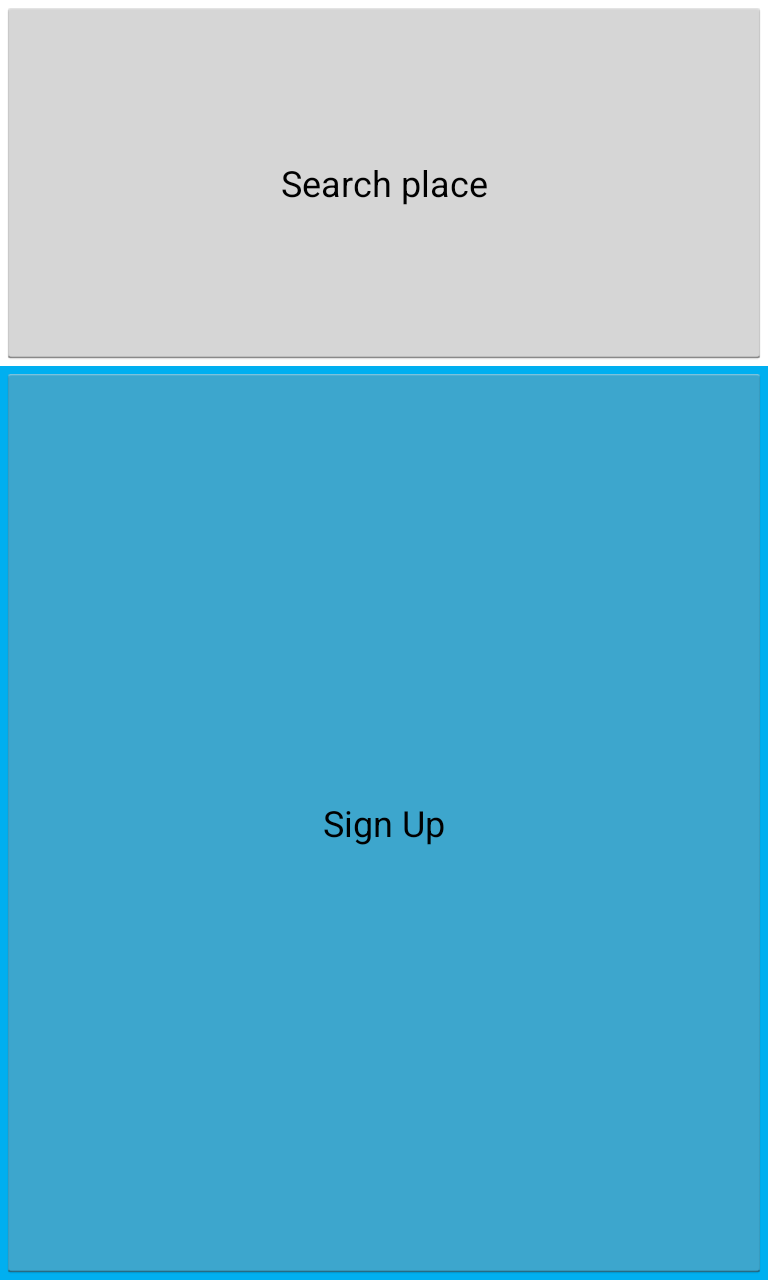
Repository: Rownak/TouristFriend
Layout: android/MainProjectTherapTest/res/layout/front_page_layout.xml
These files come from the project's save history. The layout is drawn as it stood at one moment and after the next save; the edit follows.
It is drawn on a 768 x 1280 px phone screen (xhdpi) without system bars, with theme AppTheme; the app's code is not run.

Above is the layout before, as saved 2014-12-05 16:08:48.

### android/MainProjectTherapTest/res/layout/front_page_layout.xml
<?xml version="1.0" encoding="utf-8"?>
<LinearLayout xmlns:android="http://schemas.android.com/apk/res/android"
    android:layout_width="match_parent"
    android:layout_height="match_parent"
    android:orientation="vertical"
    android:weightSum="7" >
 <LinearLayout
        android:layout_width="fill_parent"
        android:layout_height="fill_parent"
        android:layout_weight="5"
        android:orientation="horizontal"
        android:weightSum="1" >



        <LinearLayout
            android:layout_width="fill_parent"
            android:layout_height="fill_parent"
            android:layout_weight="1"
            android:orientation="horizontal"
             >

            <Button
            android:layout_width="fill_parent"
            android:layout_height="fill_parent"
            android:text="Search place" />
        </LinearLayout>
    </LinearLayout>

    <LinearLayout
        android:layout_width="fill_parent"
        android:layout_height="fill_parent"
        android:layout_weight="2"
        android:orientation="horizontal"
        android:weightSum="1"
        android:background="@color/skype_blue">

        <LinearLayout
            android:layout_width="fill_parent"
            android:layout_height="fill_parent"
            android:layout_weight="1"
            android:orientation="horizontal"



            >

            <Button
                android:id="@+id/signInButtonFront"
                android:layout_width="fill_parent"
                android:layout_height="fill_parent"
                android:text="Sign in" />

        </LinearLayout>

        <LinearLayout
            android:layout_width="fill_parent"
            android:layout_height="fill_parent"
            android:layout_weight=".5"
            android:weightSum=".5"
            android:orientation="horizontal"
             >

            <Button
            android:id="@+id/signUpButtonFront"
            android:layout_width="fill_parent"
            android:layout_height="fill_parent"
            android:text="Sign Up" />
        </LinearLayout>


    </LinearLayout>


</LinearLayout>

### android/MainProjectTherapTest/res/values/color2.xml
<?xml version="1.0" encoding="utf-8"?>
<resources>
    <color name ="skype_blue">#00AFF0</color>
    <color name ="skype_text_hint">#00AFC0</color>
    <color name ="skype_button">#0095CC</color>
    <color name ="kmngreen">#5B9C64</color>
    <color name="white">#FFFFFF</color>
    <color name="grey">#7A7A7A</color>
    <color name="background">#0044AA</color>
    <color name="bluelight">#449DEF</color>
    <color name="bluedark">#2F6699</color>
    <color name="greenlight">#70C656</color>
    <color name="greendark">#53933F</color>
    <color name="orangelight">#F3AE1B</color>
    <color name="orangedark">#BB6008</color>
    <color name="black">#000000</color>
    <color name="red">#f00</color>
    <color name="transculent_red">#80ff0000</color>
    <color name="firoja">#63b6ab</color>
    <color name="yellow">#f0ff00</color>
    <color name="merun">#440700</color>
    <color name="violet">#8256a4</color>
    <color name="violetlight">#d6b6e6</color>
    <color name="paste">#1eb486</color>
    <color name="purple">#bc1dd8</color>
    <color name="pastelmagenta">#F49AC2</color>
    <color name="pink">#ff007f</color>
    <color name="flamingopink">#FC8EAC</color>
    <color name="cherryblossompink">#ffb7c6</color>
    <color name="darkpink">#E75480</color>
    <color name = "byzantinepink">#BD33A4</color>
    <color name = "glowypink">#FF66FF</color>
    <color name = "glowypink2">#FF3399</color>
    <color name = "bottlegreen">#324F17</color>

    <color name="list_item_title">#fff</color>
    <color name="list_background">#303030</color>
    <color name="list_background_pressed">#992416</color>
    <color name="list_divider">#272727</color>
    <color name="counter_text_bg">#626262</color>
    <color name="counter_text_color">#c5c4c4</color>
</resources>

Loaded but not shown: android/MainProjectTherapTest/res/values/styles.xml (common file); android/MainProjectTherapTest/res/values-v11/styles.xml (common file); android/MainProjectTherapTest/res/values-v14/styles.xml (common file)

After the next save:
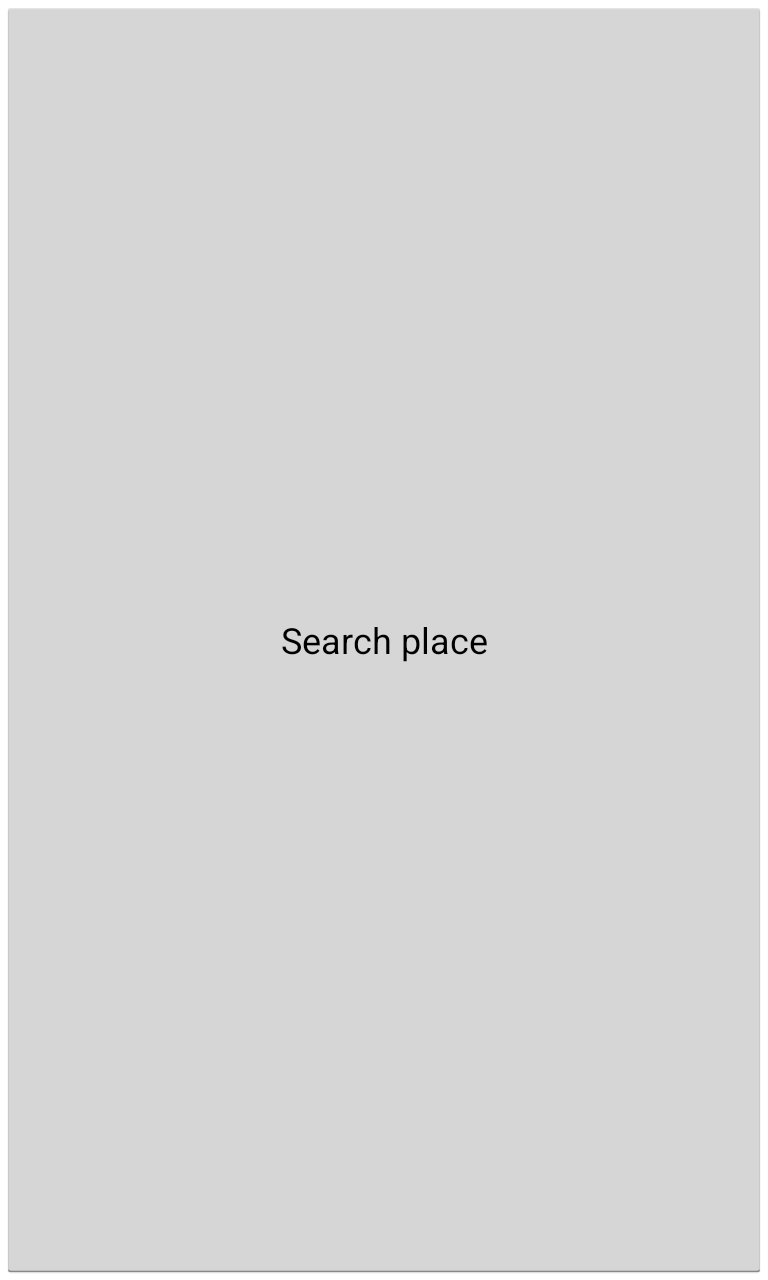
Saved 29 s later.
--- a/android/MainProjectTherapTest/res/layout/front_page_layout.xml
+++ b/android/MainProjectTherapTest/res/layout/front_page_layout.xml
@@ -4,72 +4,55 @@
     android:layout_height="match_parent"
     android:orientation="vertical"
     android:weightSum="7" >
- <LinearLayout
+
+    <LinearLayout
         android:layout_width="fill_parent"
         android:layout_height="fill_parent"
         android:layout_weight="5"
         android:orientation="horizontal"
-        android:weightSum="1" >
+         >
 
-
-
-        <LinearLayout
-            android:layout_width="fill_parent"
-            android:layout_height="fill_parent"
-            android:layout_weight="1"
-            android:orientation="horizontal"
-             >
-
-            <Button
+        <Button
             android:layout_width="fill_parent"
             android:layout_height="fill_parent"
             android:text="Search place" />
-        </LinearLayout>
+    </LinearLayout>
+
+</LinearLayout><LinearLayout
+    android:layout_width="fill_parent"
+    android:layout_height="fill_parent"
+    android:layout_weight="2"
+    android:background="@color/skype_blue"
+    android:orientation="horizontal"
+    android:weightSum="1" >
+
+    <LinearLayout
+        android:layout_width="fill_parent"
+        android:layout_height="fill_parent"
+        android:layout_weight="1"
+        android:orientation="horizontal" >
+
+        <Button
+            android:id="@+id/signInButtonFront"
+            android:layout_width="fill_parent"
+            android:layout_height="fill_parent"
+            android:text="Sign in" />
     </LinearLayout>
 
     <LinearLayout
         android:layout_width="fill_parent"
         android:layout_height="fill_parent"
-        android:layout_weight="2"
+        android:layout_weight=".5"
         android:orientation="horizontal"
-        android:weightSum="1"
-        android:background="@color/skype_blue">
+        android:weightSum=".5" >
 
-        <LinearLayout
-            android:layout_width="fill_parent"
-            android:layout_height="fill_parent"
-            android:layout_weight="1"
-            android:orientation="horizontal"
-
-
-
-            >
-
-            <Button
-                android:id="@+id/signInButtonFront"
-                android:layout_width="fill_parent"
-                android:layout_height="fill_parent"
-                android:text="Sign in" />
-
-        </LinearLayout>
-
-        <LinearLayout
-            android:layout_width="fill_parent"
-            android:layout_height="fill_parent"
-            android:layout_weight=".5"
-            android:weightSum=".5"
-            android:orientation="horizontal"
-             >
-
-            <Button
+        <Button
             android:id="@+id/signUpButtonFront"
             android:layout_width="fill_parent"
             android:layout_height="fill_parent"
             android:text="Sign Up" />
-        </LinearLayout>
-
-
     </LinearLayout>
 
+</LinearLayout><LinearLayout>
 
 </LinearLayout>

After the save that followed:
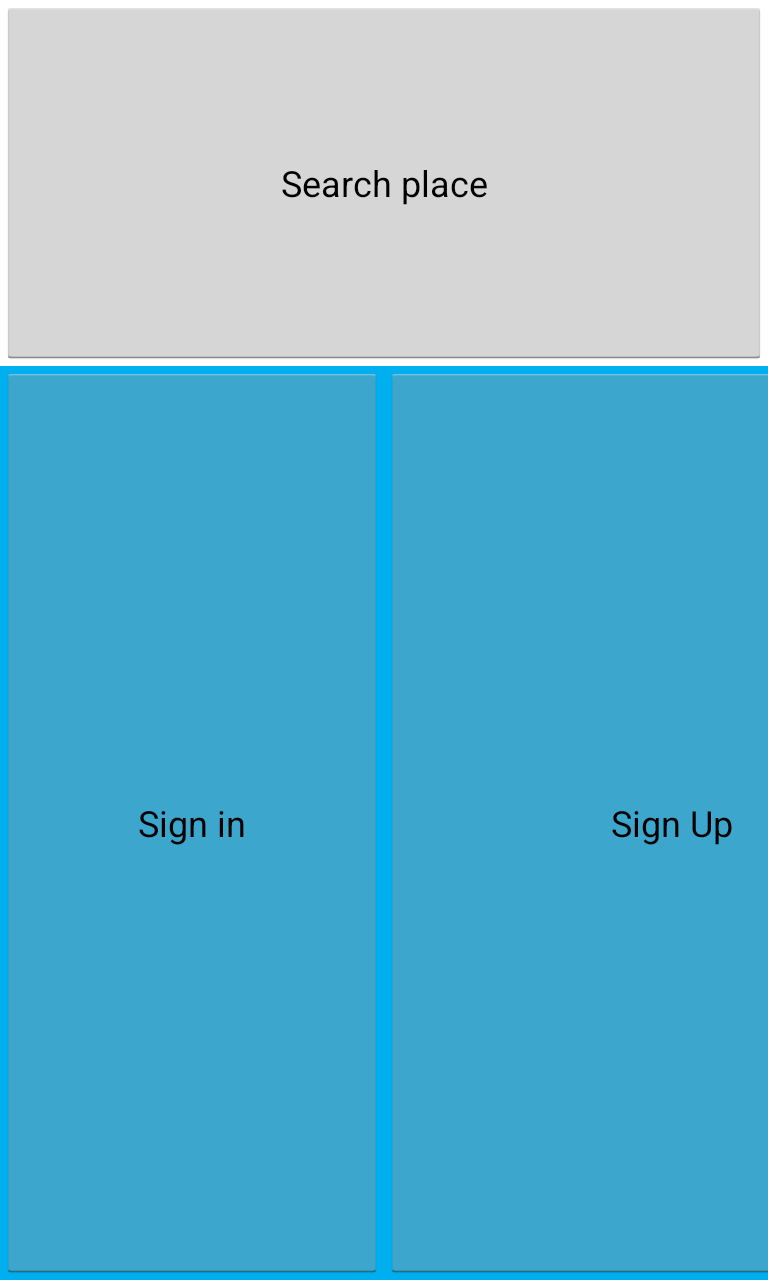
Saved 30 s later.
--- a/android/MainProjectTherapTest/res/layout/front_page_layout.xml
+++ b/android/MainProjectTherapTest/res/layout/front_page_layout.xml
@@ -9,8 +9,7 @@
         android:layout_width="fill_parent"
         android:layout_height="fill_parent"
         android:layout_weight="5"
-        android:orientation="horizontal"
-         >
+        android:orientation="horizontal" >
 
         <Button
             android:layout_width="fill_parent"
@@ -18,41 +17,41 @@
             android:text="Search place" />
     </LinearLayout>
 
-</LinearLayout><LinearLayout
-    android:layout_width="fill_parent"
-    android:layout_height="fill_parent"
-    android:layout_weight="2"
-    android:background="@color/skype_blue"
-    android:orientation="horizontal"
-    android:weightSum="1" >
-
     <LinearLayout
         android:layout_width="fill_parent"
         android:layout_height="fill_parent"
-        android:layout_weight="1"
-        android:orientation="horizontal" >
+        android:layout_weight="2"
+        android:background="@color/skype_blue"
+        android:orientation="horizontal"
+        android:weightSum="2" >
 
-        <Button
-            android:id="@+id/signInButtonFront"
+        <LinearLayout
             android:layout_width="fill_parent"
             android:layout_height="fill_parent"
-            android:text="Sign in" />
+            android:layout_weight="1"
+            android:orientation="horizontal" >
+
+            <Button
+                android:id="@+id/signInButtonFront"
+                android:layout_width="fill_parent"
+                android:layout_height="fill_parent"
+                android:text="Sign in" />
+        </LinearLayout>
+
+        <LinearLayout
+            android:layout_width="fill_parent"
+            android:layout_height="fill_parent"
+            android:layout_weight=".5"
+            android:orientation="horizontal"
+            android:weightSum=".5" >
+
+            <Button
+                android:id="@+id/signUpButtonFront"
+                android:layout_width="fill_parent"
+                android:layout_height="fill_parent"
+                android:text="Sign Up" />
+        </LinearLayout>
     </LinearLayout>
 
-    <LinearLayout
-        android:layout_width="fill_parent"
-        android:layout_height="fill_parent"
-        android:layout_weight=".5"
-        android:orientation="horizontal"
-        android:weightSum=".5" >
-
-        <Button
-            android:id="@+id/signUpButtonFront"
-            android:layout_width="fill_parent"
-            android:layout_height="fill_parent"
-            android:text="Sign Up" />
+    <LinearLayout>
     </LinearLayout>
-
-</LinearLayout><LinearLayout>
-
-</LinearLayout>
